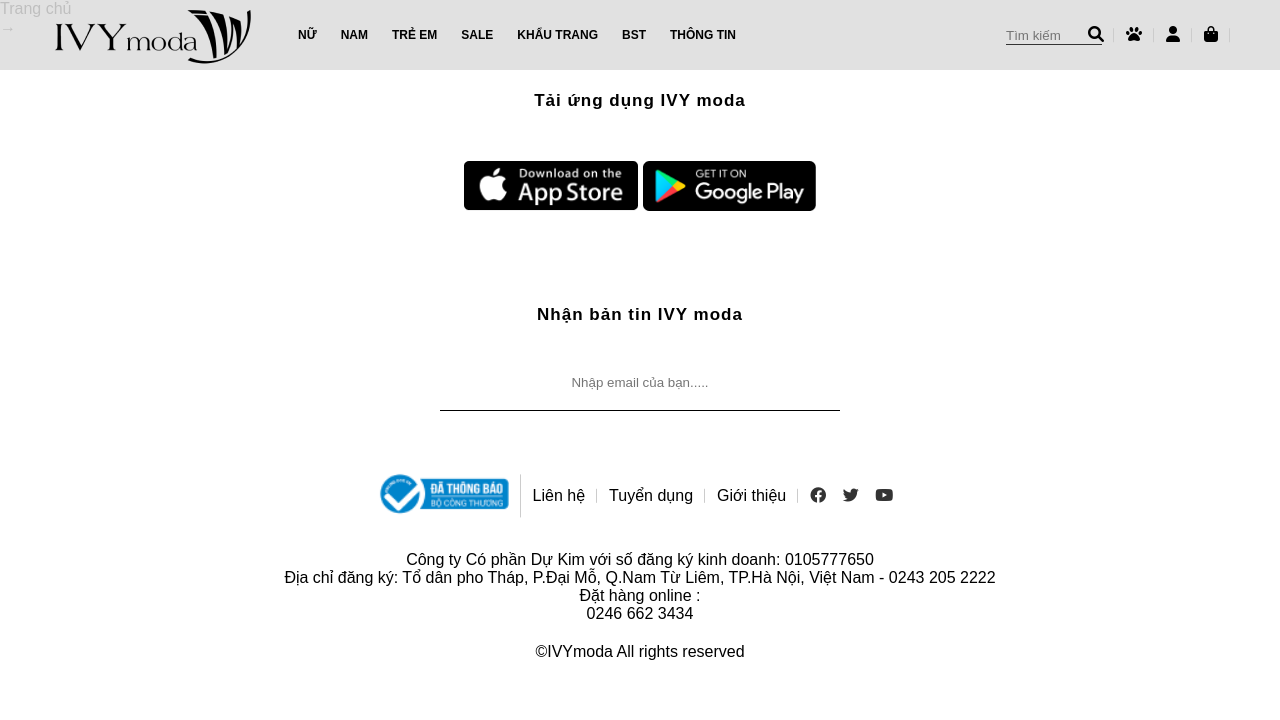
Repository: dinhvanbinh2310/ivy-moda
Page: cartegory.html
The author's editor kept a copy of each file at every save. The page is drawn from the files as they stood at one save, then again after the next save.
The browser window is 1280 px wide. The pictures show the whole page.

Above is the page before, as saved 2022-05-03 10:57:53.

### cartegory.html
<!DOCTYPE html>
<html lang="en">

<head>
    <meta charset="UTF-8">
    <meta http-equiv="X-UA-Compatible" content="IE=edge">
    <meta name="viewport" content="width=device-width, initial-scale=1.0">
    <link rel="stylesheet" href="./fontawesome-free-6.1.1-web/css/all.css">
    <link rel="stylesheet" href="./style.css">
    <title>IVY moda</title>
</head>
<header>
  <div class="logo">
      <img src="./Images/logo.png" alt="logo" class="logo">
  </div>
  <div class="menu">
      <li><a href="">NỮ</a>
          <ul class="sub-menu">
              <li> <a href="">Hàng mới về</a>
              </li>
              <li> <a href="">Collection</a>
              </li>
              <li> <a href=""> Áo</a>
                  <ul>
                      <li> <a href="">Áo sơ mi</a>
                      </li>
                      <li> <a href="">Áo thun</a>
                      </li>
                      <li> <a href="">Áo khoác</a>
                      </li>
                      <li> <a href="">Áo len</a>
                      </li>
                  </ul>
              </li>
              <li> <a href="">Quần</a>
                  <ul>
                      <li> <a href="">Quần jean</a>
                      </li>
                      <li> <a href="">Quần lửng</a>
                      </li>
                      <li> <a href="">Quần dài</a>
                      </li>

                  </ul>
              </li>
          </ul>
      </li>
      <li><a href="">NAM</a>
      </li>
      <li><a href="">TRẺ EM</a>
      </li>
      <li><a href="">SALE</a>
      </li>
      <li><a href="">KHẨU TRANG</a>
      </li>
      <li><a href="">BST</a>
      </li>
      <li><a href="">THÔNG TIN</a>
      </li>
  </div>
  <div class="others">
      <li>
          <input placeholder="Tìm kiếm" type="text"> <i class="fa-solid fa-magnifying-glass"></i>
      </li>
      <li>
          <a class="fa-solid fa-paw" href=""></a>
      </li>
      <li>
          <a class="fa-solid fa-user" href=""></a>
      </li>
      <li>
          <a class="fa-solid fa-bag-shopping" href=""></a>
      </li>
  </div>
</header>
<!------------------------------Cartegory---------------------------------->
<section class="cartegory">
    <div class="container">
        <div class="cartegory-top">
            <p>Trang chủ</p> <span>&#8594;</span>
        </div>
    </div>
</section>
<!------------------------------Footer---------------------------------->
<section class="app-container">
  <p>Tải ứng dụng IVY moda</p>
  <div class="app-google">
      <img src="./Images/appstore.png" alt="">
      <img src="./Images/googleplay.png" alt="">
  </div>
  <p>Nhận bản tin IVY moda</p>
  <input type="text" placeholder="Nhập email của bạn.....">
</section>

<div class="footer-top">
  <li>
      <a href=""> <img src="./Images/img-congthuong.png" alt="">
      </a>
  </li>
  <li>Liên hệ</li>
  <li>Tuyển dụng</li>
  <li>Giới thiệu</li>
  <li>
      <a href="" class="fa-brands fa-facebook"></a>
      <a href="" class="fa-brands fa-twitter"></a>
      <a href="" class="fa-brands fa-youtube"></a>
  </li>
</div>
<div class="footer-center">

  <p>
      Công ty Có phần Dự Kim với số đăng ký kinh doanh: 0105777650
      <br> Địa chỉ đăng ký: Tổ dân pho Tháp, P.Đại Mỗ, Q.Nam Từ Liêm, TP.Hà Nội, Việt Nam - 0243 205 2222
      <br> Đặt hàng online :
      <br>0246 662 3434
      <br>
  </p>
</div>
<div class="footer-bottom">
  ©IVYmoda All rights reserved
</div>
</body>
</html>

### style.css
*{
  margin: 0;
  padding: 0;
  box-sizing: border-box;
  font-family: Arial, Helvetica, sans-serif;
}
li{
  list-style: none;
}
a{
  text-decoration: none;
  color: #000;
}
header{
  display: flex;
  justify-content: space-between;
  height: 70px;
  padding: 12px 50px;
  align-items: center;
  position: fixed;
  top: 0;
  left: 0;
  z-index: 1;
  background:#DDDDDDDD;
  width: 100%;
}

.logo{
  flex: 1;
  padding-top: 10px;
 size: 5px;
}
.menu{
  flex: 3;
  display: flex;
}
.menu > li{
  padding: 0 12px;
  position: relative;
}
.menu  li a{
  font-size: 12px;
  font-weight: bold;
  display: block;
  line-height: 20px;
}
.menu > li:hover .sub-menu{
  visibility: visible;
  top: 45px;
}
.sub-menu{
  position: absolute;
  width: 150px;
  border: 1px solid #ccc;
  padding: 10px 0 10px 20px;
  visibility: hidden;
  top: 75px;
  transition: 0.3s;
  z-index: 1;
  background-color: #fff;
}
.sub-menu ul{
  padding-left: 20px;
}
.sub-menu li a{
  font-size: 12px;
  font-weight: normal;
}

.others{
  flex: 1;
  display: flex;
}
.others > li{
  padding: 0 12px;
  position: relative;
}
.others>li::after{
  content: "";
  display: block;
  width: 1px;
  height: 75%;
  background: #cccccc;
  position: absolute;
  right: 0;
  top: 50%;
  transform: translateY(-50%);
}
.others > li:first-child{
  position: relative;

}
.others > li:first-child input{
  width: 100%;
  height: 100%;
  background: #0000;
  border: none;
  border-bottom:1px solid #333 ;
}
.others > li:first-child i{
position: absolute;
right: 10px;
}
.sliders{
  overflow: hidden;
}
.aspect-ratio-169 {
  display: block;
  position: relative;
  padding-top: 56.25%;
  transition: 0.3s;
}
.aspect-ratio-169 img {
  display: block;
  position: absolute;
  width: 100%;
  height: 100%;
  top: 0;
  left: 0;
}
.dot-container{
  position:absolute;
  height: 30px;
  width: 100%;
  display: flex;
  justify-content: center;
  padding-top: 10px;
}
.dot{
  height: 16px;
  width: 16px;
  background-color: #ccc;
  border-radius: 50%;
  margin-right: 12px;
  cursor: pointer;
}
.dot.active{
  background-color: #333;
}
/* -------------------------------app---------------------------- */
.app-container{
  text-align: center;
  align-items: center;
  padding: 15px 0 50px 0;
}
.app-google{
  margin:50px;
}
.app-google img{
  height: 50px;
  cursor: pointer;
}
.app-container p{
line-height: 20px;
letter-spacing: 1px;
font-size: 17px;
color:#000;
font-weight: bold;
padding-top: 40px;
}
.app-container input{
  margin-top: 50px;
  border: none;
  border-bottom: 1px solid #000;
  padding-bottom: 20px;
  width: 400px;
  text-align: center;
  outline: none;
}
.footer{
  text-align: center;
}
.footer-top{
  display: flex;
  text-align: center;
  justify-content: center;
  align-items: center;
  margin-bottom: 20px;
  height: 70px;
}
.footer-top img{
  height: 50px;
}
.footer-top li{
  padding: 0 12px;
  position: relative;
}
.footer-top li::after{
  content:"";
  display: block;
  width: 1px;
  height: 80%;
  background-color: #cccccc;
  position: absolute;
  right: 0;
  top: 50%;
  transform: translateY(-50%);
}
.footer-top li:last-child::after{
  display: none;
}
.footer-top li:last-child a{
margin-right: 12px;
color:#333;
}
.footer-center{
  text-align: center;
}
.footer-bottom{
  margin: 20px 0;
  text-align: center;
}

Loaded but not shown: fontawesome-free-6.1.1-web/css/all.css (library)

After the next save:
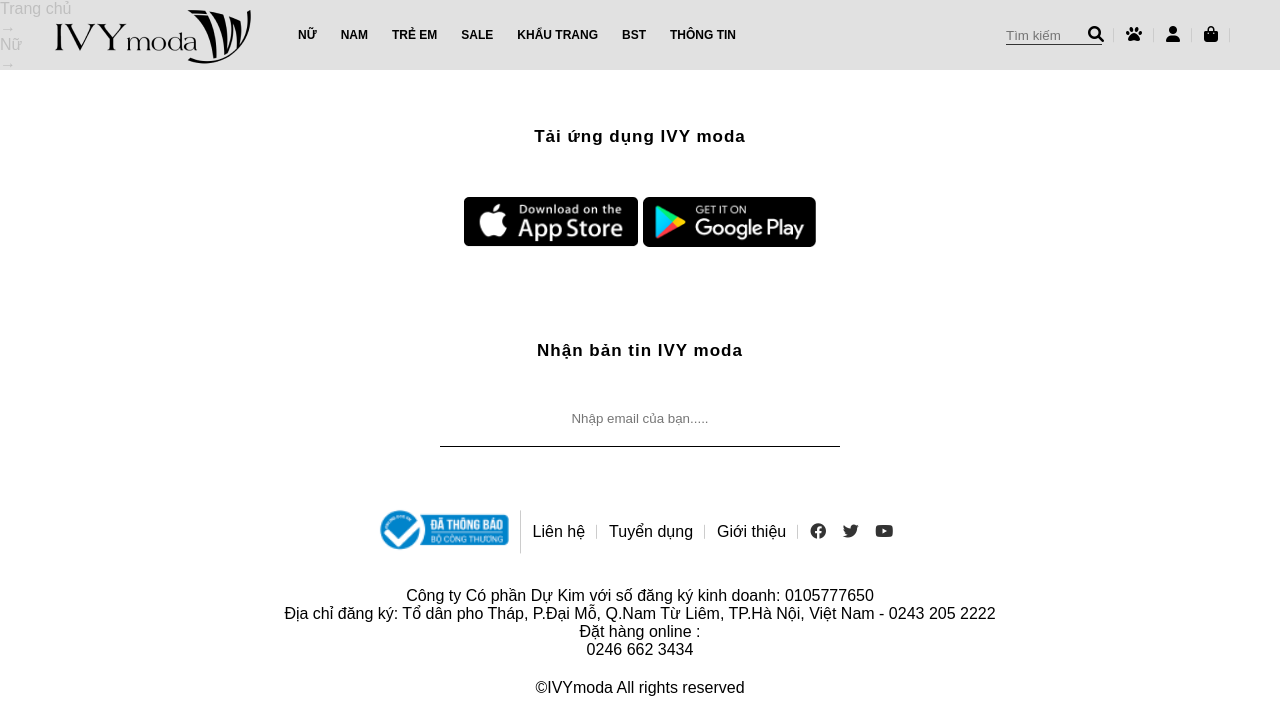
Saved 24 s later.
--- a/cartegory.html
+++ b/cartegory.html
@@ -77,7 +77,7 @@
 <section class="cartegory">
     <div class="container">
         <div class="cartegory-top">
-            <p>Trang chủ</p> <span>&#8594;</span>
+            <p>Trang chủ</p> <span>&#8594;</span> <p>Nữ</p> <span>&#8594;</span>
         </div>
     </div>
 </section>
